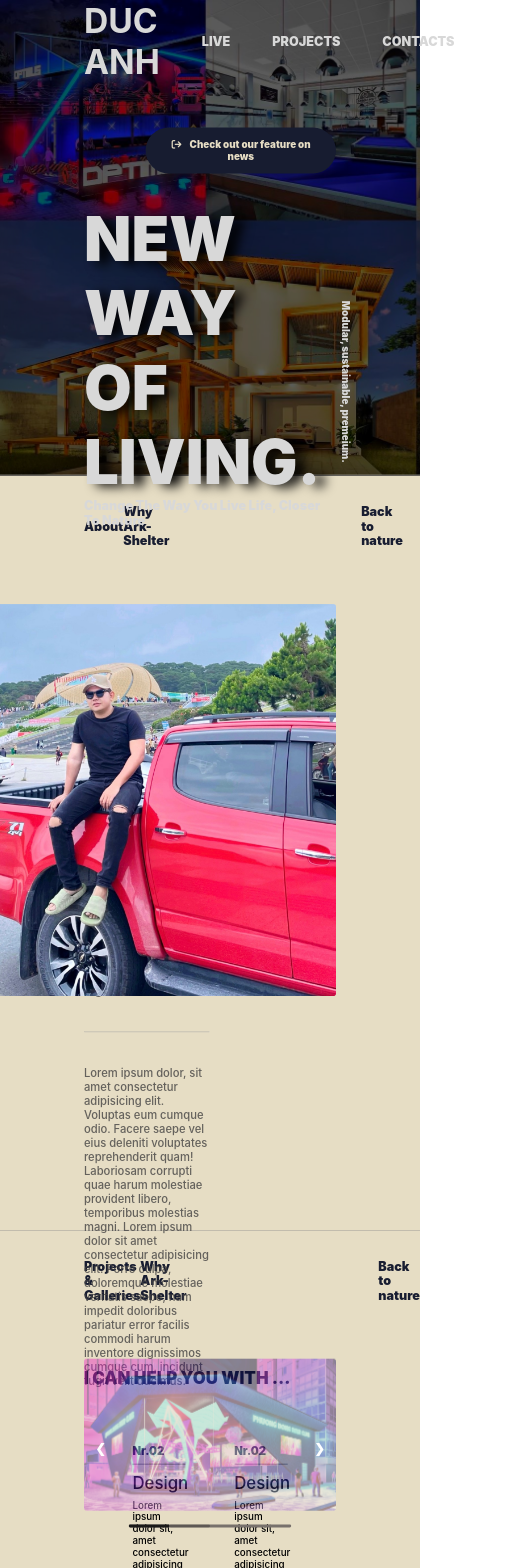
Repository: Ethanxcode/DucAnhNguyen
Page: index.html
These files come from the project's save history. The page is drawn as it stood at one moment and after the next save; the edit follows.
The browser window is 600 px wide. The page is 756 px wide, so the pictures cover 756 px, including what lies to the right of the window. The pictures show the part of the page from y = 0 to 2240 px (the page is 5378 px tall), at 70% of full size.

Above is the page before, as saved 2023-01-30 15:19:43.

After the next save:
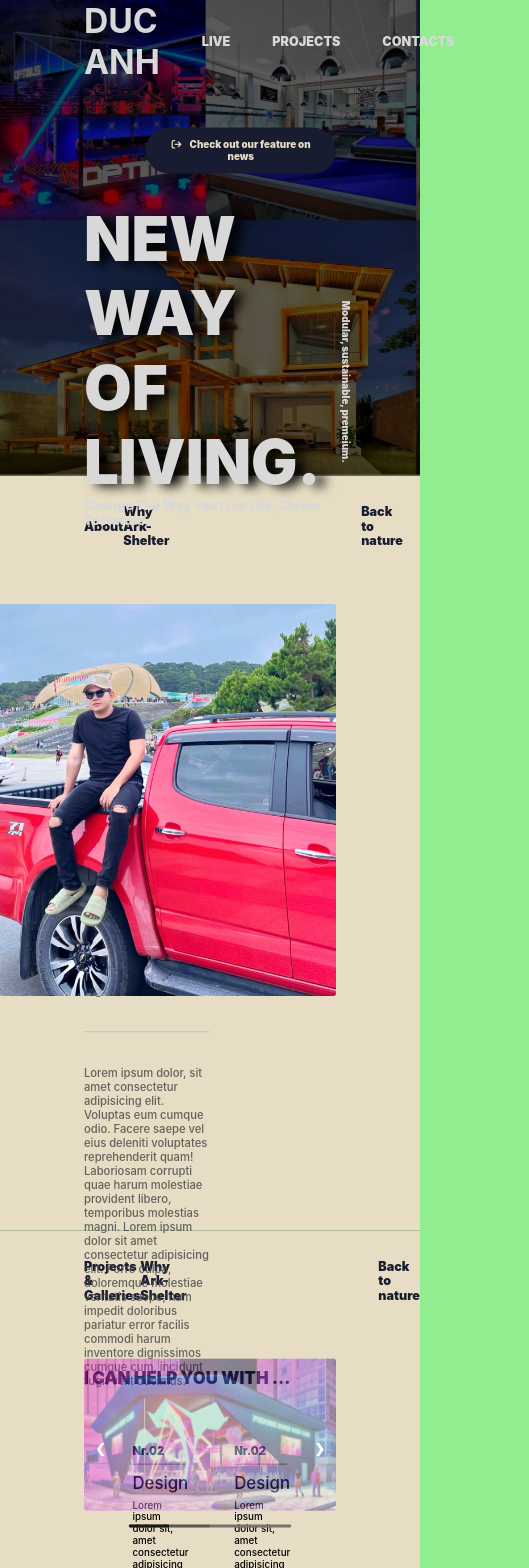
Saved 71 s later.
--- a/style.css
+++ b/style.css
@@ -250,7 +250,10 @@
 	font-style: normal;
 }
 
-@media screen and (max-witdh) {
+@media screen and (max-width: 720px) {
+	body {
+		background-color: lightgreen;
+	}
 }
 
 .btn {
